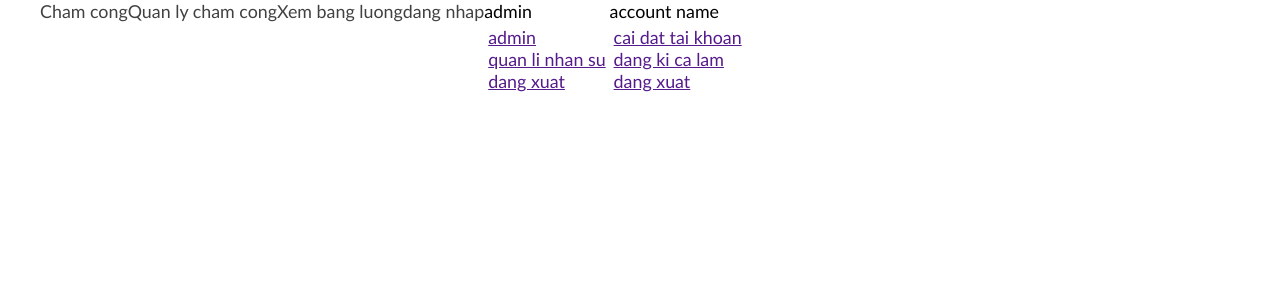
Repository: LDDUNG2003/a
Page: index.html
The author's editor kept a copy of each file at every save. The page is drawn from the files as they stood at one save, then again after the next save.
The browser window is 1280 px wide. The pictures show the whole page.

Above is the page before, as saved 2023-10-13 23:37:02.

### index.html
<!DOCTYPE html>
<html lang="en">

<head>
    <meta charset="UTF-8">
    <meta name="viewport" content="width=device-width, initial-scale=1.0">
    <title>trang chu</title>
    <link rel="stylesheet" href="./controlView/css/base.css">
    <link rel="stylesheet" href="./controlView/css/index.css">
</head>

<body>
    <div class="main">
        <!-- start header -->
        <header class="app__header">
            <nav class="navBar">
                <ul class="navBar-list">
                    <li class="navBar--items"><a href="" class="navbar--link">Cham cong</a></li>
                    <li class="navBar--items"><a href="" class="navbar--link">Quan ly cham cong</a></li>
                    <li class="navBar--items">
                        <a href="" class="navbar--link">Xem bang luong</a></li>
                    <!-- login  -->
                    <li class="navBar--items">
                        <a href="" class="navbar--link">dang nhap</a></li>
                    <!-- admin menu -->
                    <li class="navBar--items">
                        admin
                        <ul class="account-list">
                            <li class="account--item"><a href="" class="account--link">admin</a></li>
                            <li class="account--item"><a href="" class="account--link">quan li nhan su</a></li>
                            <li class="account--item"><a href="" class="account--link">dang xuat</a></li>
                        </ul>
                    </li>
                    <!-- personnel menu -->
                    <li class="navBar--items">
                        account name
                        <ul class="account-list">
                            <li class="account--item"><a href="" class="account--link">cai dat tai khoan</a></li>
                            <li class="account--item"><a href="" class="account--link">dang ki ca lam</a></li>
                            <li class="account--item"><a href="" class="account--link">dang xuat</a></li>
                        </ul>
                    </li>
                </ul>
            </nav>
        </header>
        <!-- end header -->

        <!-- start content -->
        <div class="app__content">

        </div>
        <!-- end content -->
    </div>
</body>

</html>

### controlView/css/base.css
:root {
    --primary-color: #0066cc;
    --text-color: #414141;
}

* {
    padding: 0px;
    margin: 0px;
    font-family: 'Trebuchet MS', 'Lucida Sans Unicode', 'Lucida Grande', 'Lucida Sans', Arial, sans-serif;
}

html,
body {
    font-size: 0.62rem;
}

.main {}

.app__header {
    width: 100%;
}

.navBar {
    width: 100%;
    max-width: 1200px;
    margin: auto;
    cursor: pointer;
}

.navBar-list {
    display: flex;
    list-style: none;
}

.navBar--items {
    font-size: 1.8rem;
}

.navbar--link {
    color: var(--text-color);
    text-decoration: none;
}

.account-list {
    list-style: none;
    padding: 4px;
    box-shadow: #414141;
}

.account--item {}

.navBar--link {
    color: var(--text-color);
    text-decoration: none;
    text-transform: capitalize;
}

Loaded but not shown: controlView/css/index.css (no stored copy; drawn as an empty file)

After the next save:
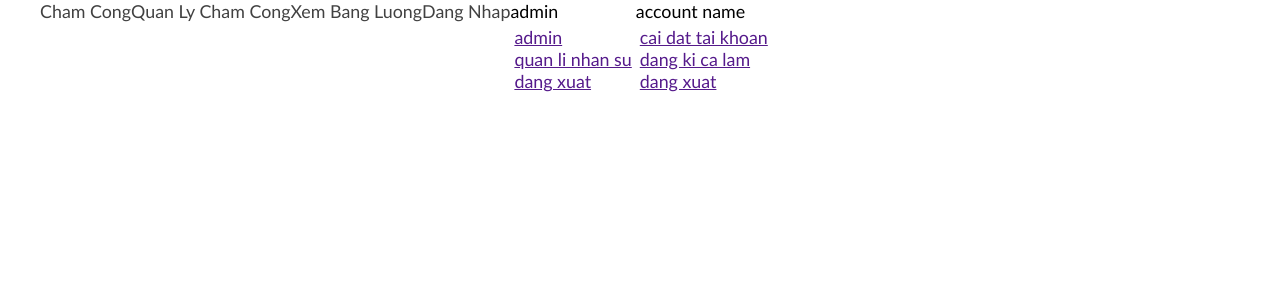
Saved 21 s later.
--- a/controlView/css/base.css
+++ b/controlView/css/base.css
@@ -49,7 +49,7 @@ body {
 
 .account--item {}
 
-.navBar--link {
+.navbar--link {
     color: var(--text-color);
     text-decoration: none;
     text-transform: capitalize;
